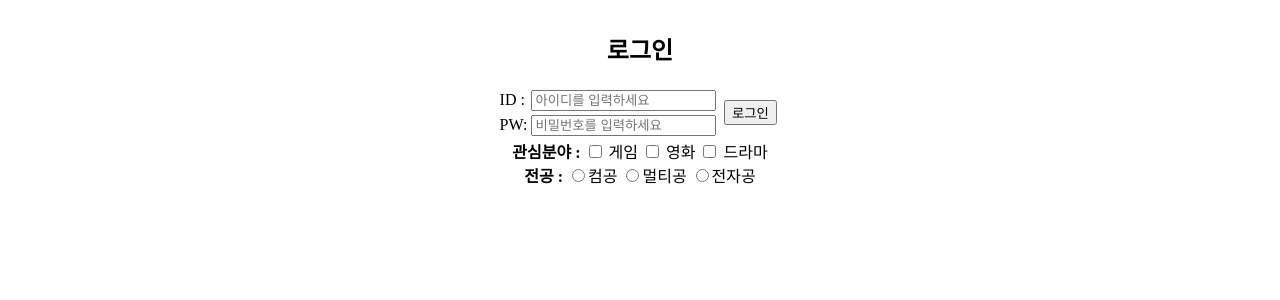
Repository: umhayun/myJSP
Page: HTML/src/main/webapp/login.html
The author's editor kept a copy of each file at every save. The page is drawn from the files as they stood at one save, then again after the next save.
The browser window is 1280 px wide. The pictures show the whole page.

Above is the page before, as saved 2022-01-18 02:04:30.

After the next save:
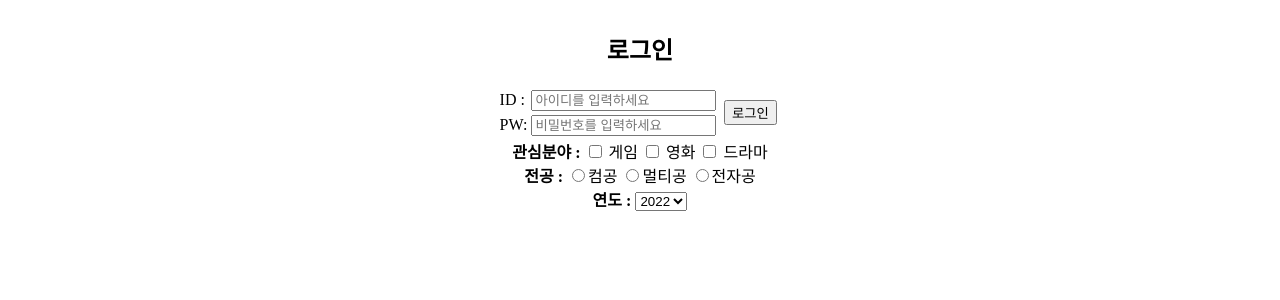
Saved 2 min 22 s later.
--- a/HTML/src/main/webapp/login.html
+++ b/HTML/src/main/webapp/login.html
@@ -36,6 +36,17 @@
 <input type="radio"name="major">컴공
 <input type="radio"name="major">멀티공
 <input type="radio"name="major">전자공
+
+<br>
+<strong>연도 : </strong>
+<select>
+<option>2022</option>
+<option>2021</option>
+<option>2020</option>
+<option>2019</option>
+<option>2018</option>
+</select>
+
 </form>
 
 </body>
